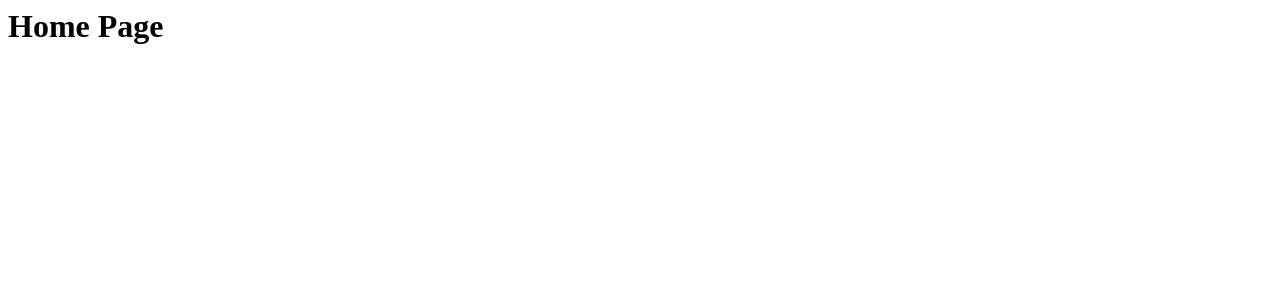
Repository: RobSimons1/flask
Page: http://localhost/
The author's editor kept a record of every edit. The page is drawn from the files as they stood at one moment, then again after a run of edits.
The browser window is 1280 px wide. The pictures show the whole page.
The page is served by the project's application, run on Flask 3 (run.py).

Above is the page before.

After the next 3 edits:
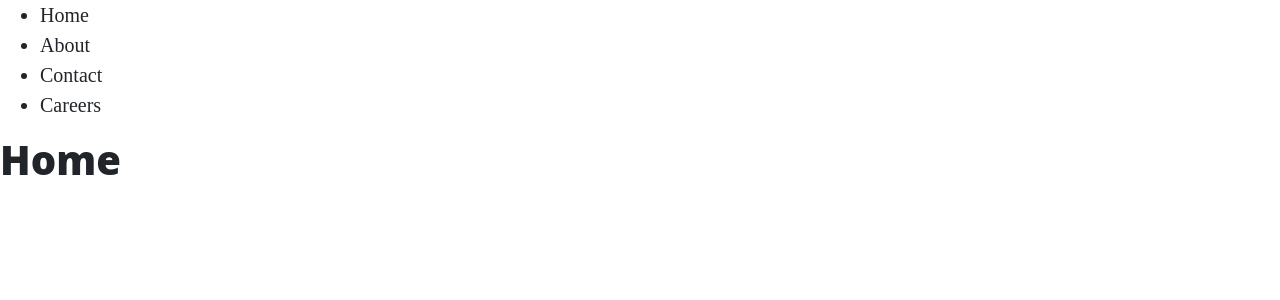
The 3 edits are shown as one change because 2 did not build or start.
The edit:
--- a/templates/index.html
+++ b/templates/index.html
@@ -1,3 +1,4 @@
-
-
-    <h1>Home Page</h1>
+{% extends 'base.html' %}
+{% block content %}
+    <h1>Home</h1>
+{% endblock %}
--- a/templates/base.html
+++ b/templates/base.html
@@ -1,8 +1,9 @@
 <html>
 
 <head>
-    <link rel="stylesheet" href="{{ url_for('static', filename='css/clean-blog.min.css') }" type="text/css" />
     <title>Hello Flask</title>
+    <link rel="stylesheet" href="{{ url_for('static', filename='vendor/bootstrap/css/bootstrap.min.css') }}" type="text/css" />
+    <link rel="stylesheet" href="{{ url_for('static', filename='css/clean-blog.min.css') }}" type="text/css" />
 </head>
 
 <body>
@@ -12,11 +13,10 @@
             <li><a href="{{ url_for('about') }}">About</a></li>
             <li><a href="{{ url_for('contact') }}">Contact</a></li>
             <li><a href="{{ url_for('careers') }}">Careers</a></li>
-            </ul>
+        </ul>
     </nav>
 
-    {% block content %}
-    {% endblock %}
+    {% block content %} {% endblock %}
 </body>
 
 </html>
